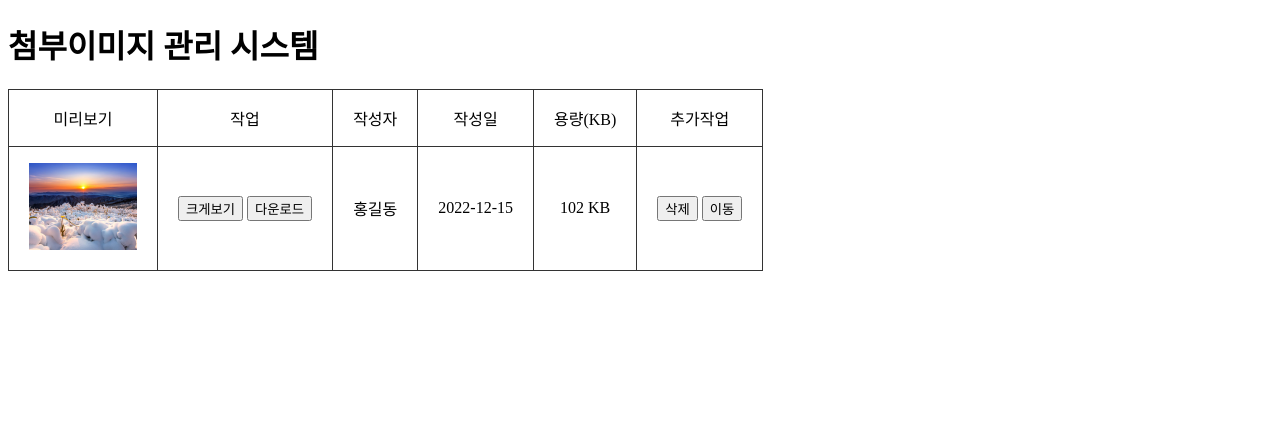
Repository: kmh9964/view
Page: workspace/studyhtml5/src/main/webapp/docs/manager.html
The author's editor kept a copy of each file at every save. The page is drawn from the files as they stood at one save, then again after the next save.
The browser window is 1280 px wide. The pictures show the whole page.

Above is the page before, as saved 2022-12-15 08:05:56.

After the next save:
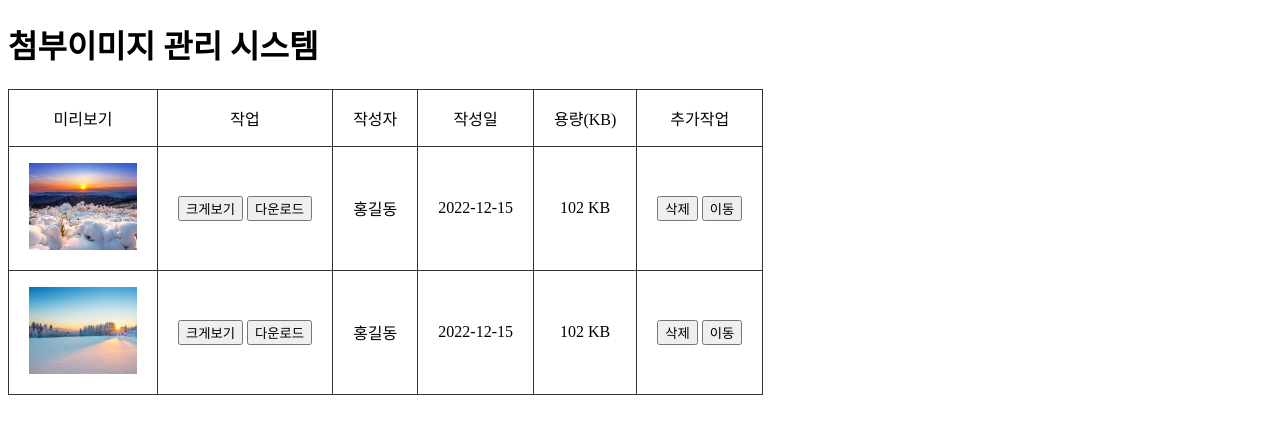
Saved 2 min 46 s later.
--- a/workspace/studyhtml5/src/main/webapp/docs/manager.html
+++ b/workspace/studyhtml5/src/main/webapp/docs/manager.html
@@ -19,6 +19,7 @@
 			<td>용량(KB)</td>
 			<td>추가작업</td>
 		</tr>
+		<tr>
 			<td>
 			<img src="../images/thumb2.png" alt="고니골 빛 축제" />
 			</td>
@@ -33,7 +34,24 @@
 				<button>삭제</button>
 				<button>이동</button>
 			</td>
+			</tr>
 
+			<tr>
+			<td>
+			<img src="../images/thumb1.png" alt="무주" />
+			</td>
+			<td>
+				<button>크게보기</button>
+				<button>다운로드</button>
+			</td>
+			<td>홍길동</td>
+			<td>2022-12-15</td>
+			<td>102 KB</td>
+			<td>
+				<button>삭제</button>
+				<button>이동</button>
+			</td>
+			</tr>
 
 
 
